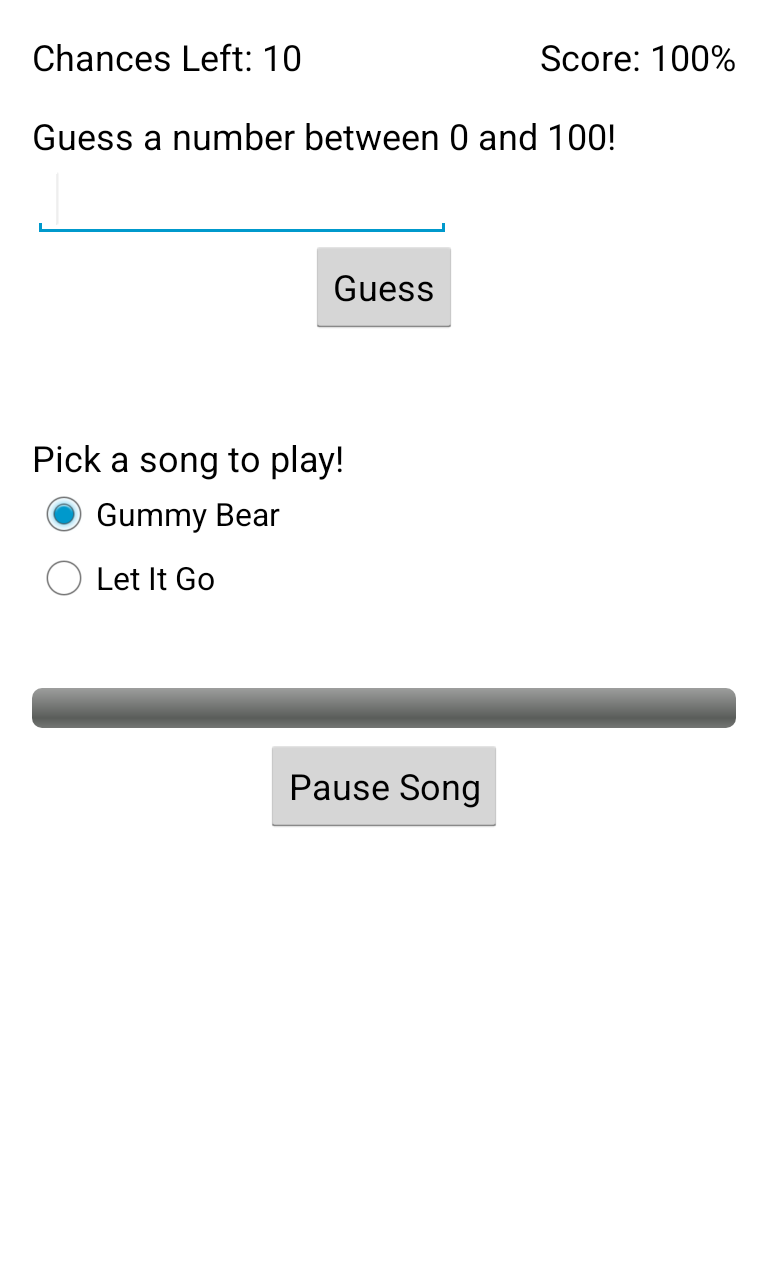
Repository: lethe13/AndroidProgramming
Layout: COMP304-Group1-MicroProject4/res/layout/activity_ggplay_music_progress_bar.xml
The author's editor kept a copy of each file at every save. The layout is drawn from the files as they stood at one save, then again after the next save.
It is drawn on a 768 x 1280 px phone screen (xhdpi) without system bars, with theme AppTheme; the app's code is not run.

Above is the layout before, as saved 2015-11-04 03:11:24.

After the next save:
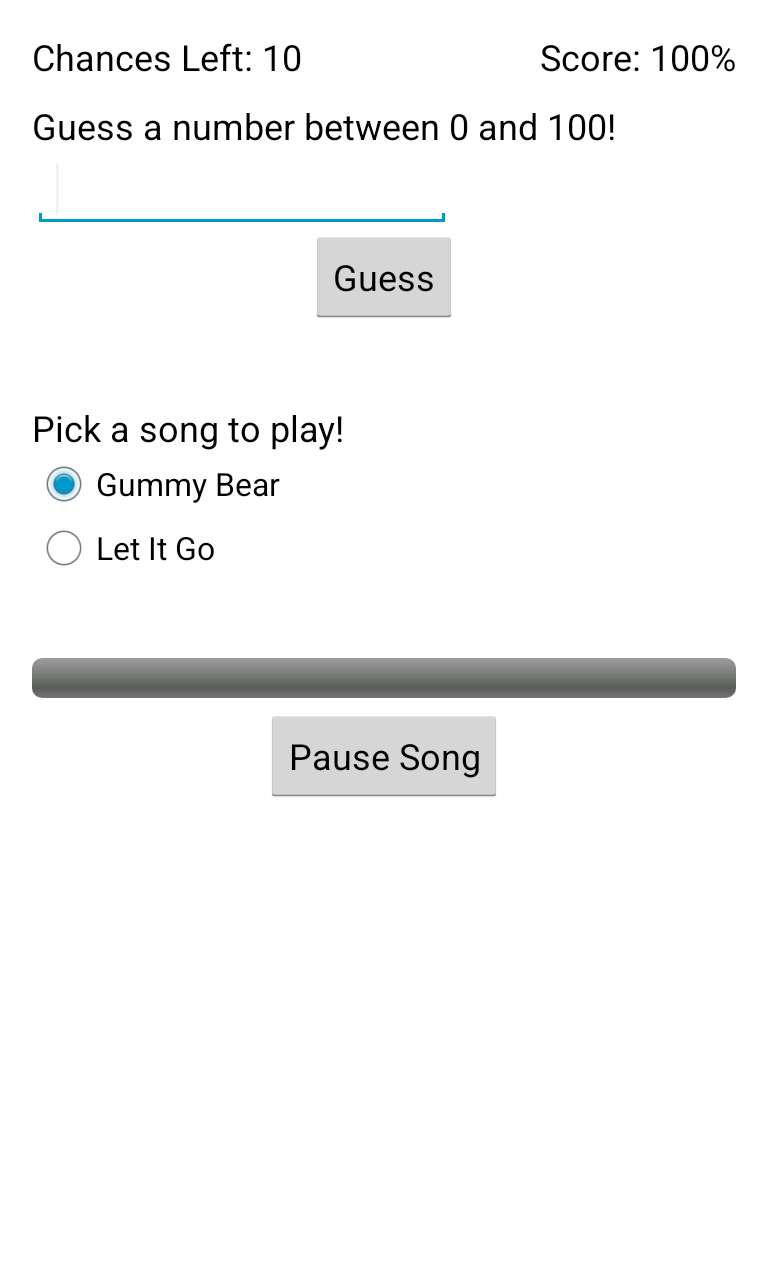
Saved 61 s later.
--- a/COMP304-Group1-MicroProject4/res/layout/activity_ggplay_music_progress_bar.xml
+++ b/COMP304-Group1-MicroProject4/res/layout/activity_ggplay_music_progress_bar.xml
@@ -27,7 +27,7 @@
         android:id="@+id/lblInput"
         android:layout_width="wrap_content"
         android:layout_height="wrap_content"
-        android:layout_marginTop="15dp"
+        android:layout_marginTop="10dp"
         android:layout_below="@+id/lblChance"
         android:text="Guess a number between 0 and 100!"
         android:textAppearance="?android:attr/textAppearanceMedium" />
@@ -55,14 +55,14 @@
        android:id="@+id/lblMessage"
        android:layout_width="wrap_content"
        android:layout_height="wrap_content"
-       android:layout_marginTop="15dp"
+       android:layout_marginTop="10dp"
        android:layout_below="@+id/btnGo"
        android:text="" />
     <TextView
         android:id="@+id/lblPick"
         android:layout_width="wrap_content"
         android:layout_height="wrap_content"
-        android:layout_marginTop="15dp"
+        android:layout_marginTop="10dp"
         android:layout_below="@+id/lblMessage"
         android:text="Pick a song to play!"
 		android:textAppearance="?android:attr/textAppearanceMedium" />
